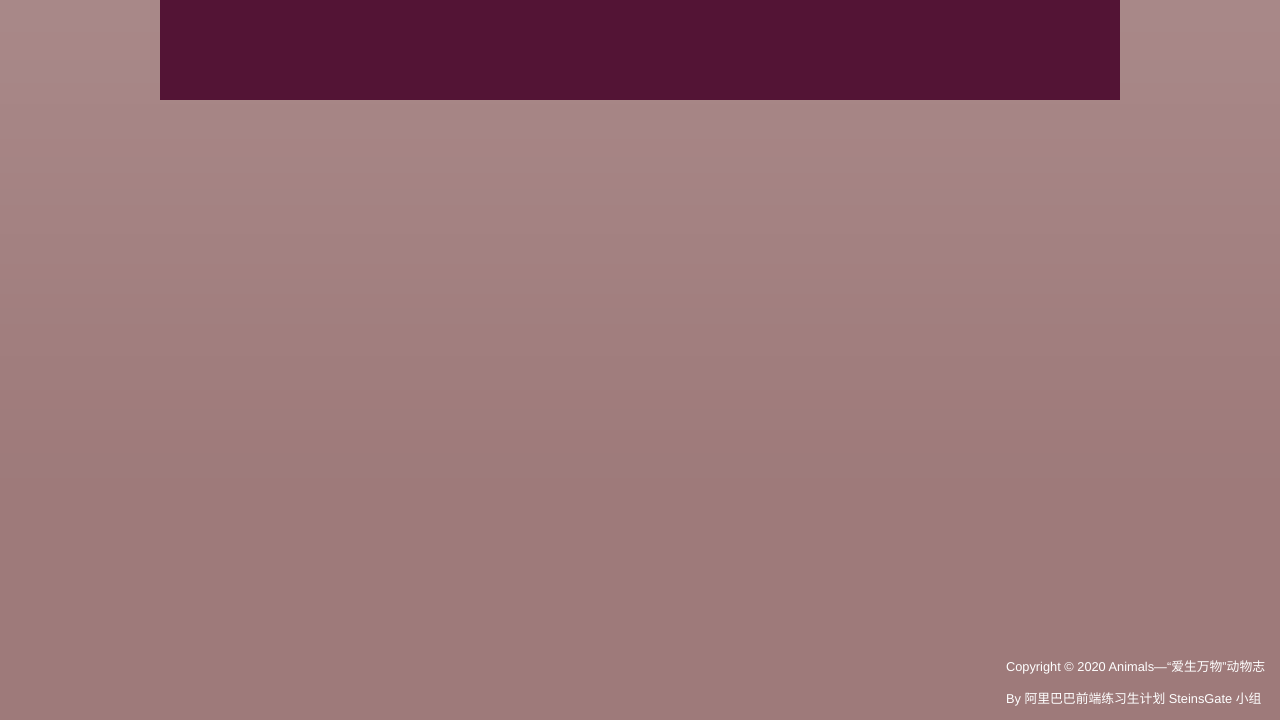
Repository: Whiskeyi/Animals
Page: /
These files come from the project's save history. The page is drawn as it stood at one moment and after the next save; the edit follows.
The browser window is 1280 px wide. The pictures show the whole page.
The project was rebuilt for these pictures with package versions that can differ from the ones it lists, and the page was loaded fresh each time.

Above is the page before, as saved 2021-11-15 16:17:35.

### public/index.html
<!DOCTYPE html>
<html lang="en">
  <head>
    <meta charset="utf-8">
    <meta http-equiv="X-UA-Compatible" content="IE=edge">
    <meta name="viewport" content="width=device-width,initial-scale=1.0">
    <link rel="icon" href="<%= BASE_URL %>favicon.ico">
    <title>Animals</title>
  </head>
  <body>
    <noscript>
      <strong>We're sorry but animals doesn't work properly without JavaScript enabled. Please enable it to continue.</strong>
    </noscript>
    <div id="app"></div>
    <!-- built files will be auto injected -->
  </body>
</html>

### src/App.vue
<template>
  <div id="app">
    <!-- 入口 -->
    <router-view/>
  </div>
</template>

<style lang="scss">
#app {
  font-family: 'Avenir', Helvetica, Arial, sans-serif;
  -webkit-font-smoothing: antialiased;
  -moz-osx-font-smoothing: grayscale;
}

html, body {  // 去除白边
    width: 100%;
    height: 100%;
    margin: 0;
    padding: 0;
    position: relative;
}
</style>

### src/router.js
// 路由
import Vue from 'vue'
import Router from 'vue-router'
import Home from './views/Home.vue'

Vue.use(Router)

export default new Router({
  mode: 'history',
  base: process.env.BASE_URL,
  routes: [
    {
      path: '/',
      name: 'home',
      component: Home
    }
  ]
})

### src/views/Home.vue
<template>
  <div class="bg">
    <div class="gloss">
      <Gloss></Gloss>
      <div id="mainContainer">
        <Footer></Footer>
      </div>
    </div>
  </div>
</template>

<script>
// @ is an alias to /src
// 组件引入
import Gloss from '@/components/Gloss'
import Footer from '@/components/Footer'

export default {
  name: 'home',
  components: {
    Gloss,Footer
  }
}
</script>

<style lang="scss" scoped>
  .bg {
    height: 100%;
    width: 100%;
    background-color:rgb(158, 122, 122);
    position: absolute;
    transition: background-color 2s ease-in; // 背景颜色2S过渡
    filter: blur(0.5px); // 背景高斯模糊
    // z-index: -9; //暂时注释,影响调试
  }
  #mainContainer {
    position: relative;
    width: 960px;
    height: 100px;
    margin: 0 auto;
    color: #fff;
    background-color: #531435;
  }
</style>

### src/components/Gloss/index.vue
<template>
<!-- 实现光泽效果,丰富背景颜色 -->
<div id="gloss"></div>
</template>

<script>
export default {

}
</script>

<style lang="scss" scoped>
#gloss {
    position: fixed;
    width: 100%;
    height: 478px;
    background: url('../../assets/gloss.png') repeat-x;
    // z-index: -8;  //暂时注释,影响调试
}
</style>

### src/components/Footer/index.vue
<template>
  <div class="footerContainer">
      <p>Copyright © 2020 Animals—“爱生万物”动物志</p>
      <p>By 阿里巴巴前端练习生计划 SteinsGate 小组</p>
  </div>
</template>

<script>
export default {

}
</script>

<style lang="scss" scoped>
    .footerContainer {
        position: fixed;
        bottom: 0;
        right: 15px;
        font-size: 0.8rem;
    }
</style>

Loaded but not shown: src/main.js (common file); src/store.js (common file)

After the next save:
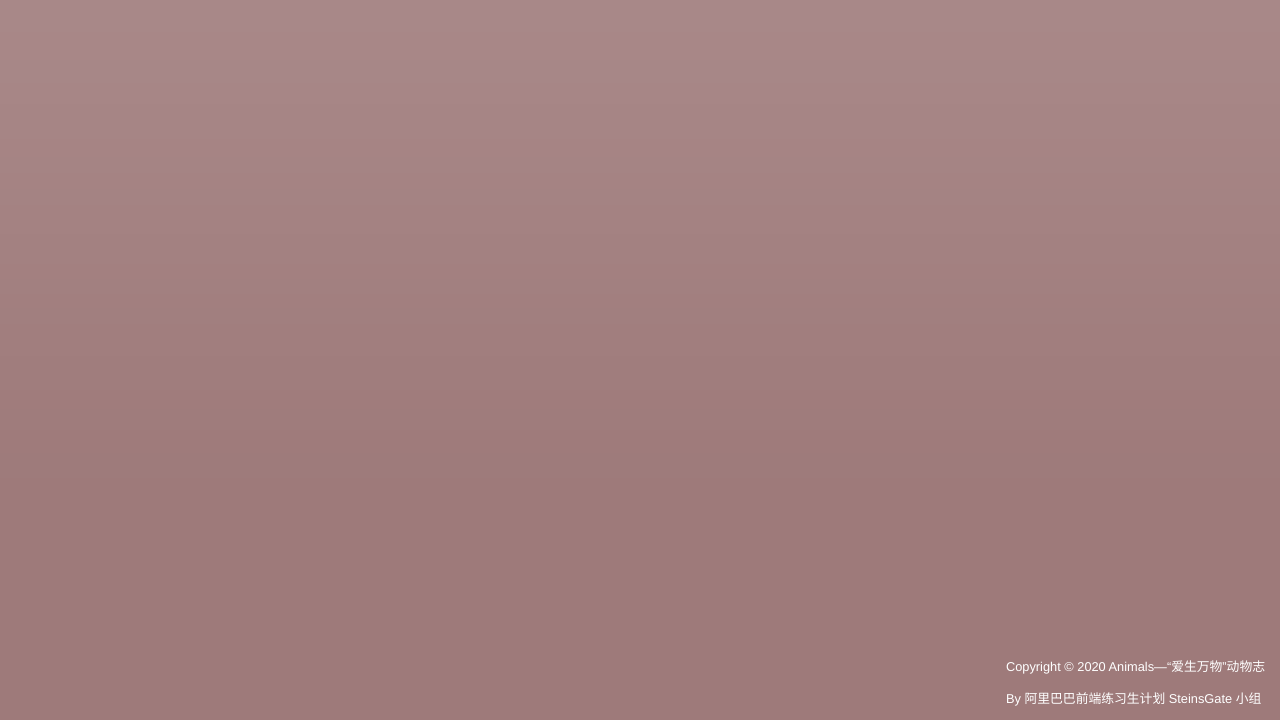
Saved 20 s later.
--- a/src/views/Home.vue
+++ b/src/views/Home.vue
@@ -36,7 +36,7 @@ export default {
   #mainContainer {
     position: relative;
     width: 960px;
-    height: 100px;
+    height: 100%;
     margin: 0 auto;
     color: #fff;
     background-color: #531435;
